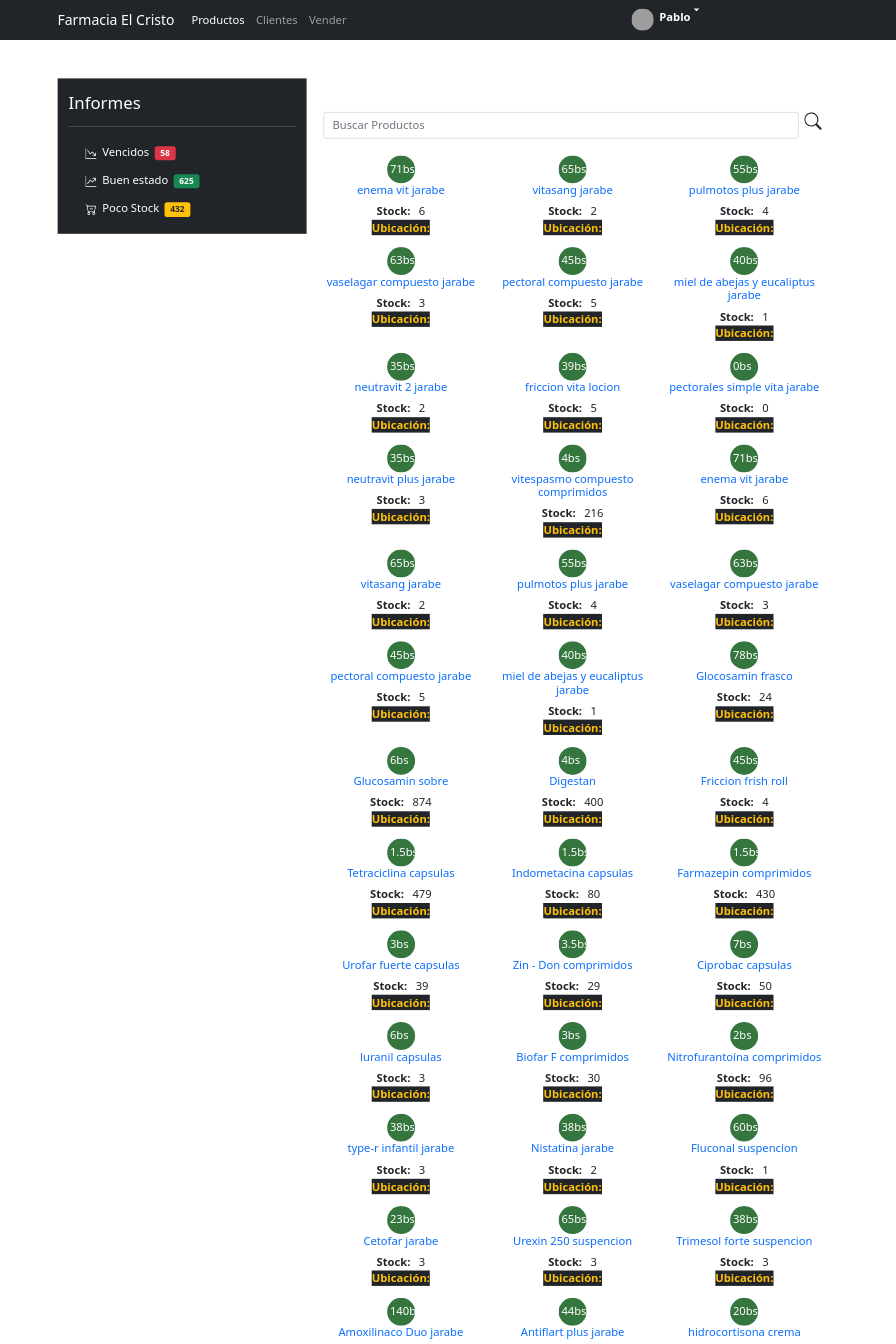
Repository: covales/farmacia
Page: /
The author's editor kept a copy of each file at every save. The page is drawn from the files as they stood at one save, then again after the next save.
The browser window is 1280 px wide. The pictures show the part of the page from y = 0 to 1920 px (the page is 36407 px tall), at 70% of full size.
Pictures or frames that could not be fetched are drawn as grey boxes. The project was rebuilt for these pictures with package versions that can differ from the ones it lists, and the page was loaded fresh each time. Also part of the build but not shown: src/components/header/Header.jsx, src/components/product/ListProductVencidos.jsx, src/components/product/ListProductGood.jsx, src/components/product/ListProductLowStock.jsx, src/components/product/ProductSale.jsx, src/clientes/ListClient.jsx, src/components/product/Product.jsx.

Above is the page before, as saved 2022-01-23 13:19:03.

### public/index.html
<!DOCTYPE html>
<html lang="es">

<head>
  <meta charset="utf-8" />
  <link rel="icon" href="%PUBLIC_URL%/favicon.ico" />
  <meta name="viewport" content="width=device-width, initial-scale=1" />
  <meta name="theme-color" content="#000000" />
  <meta name="description" content="Web site created using create-react-app" />
  <link rel="apple-touch-icon" href="%PUBLIC_URL%/logo192.png" />

  <link rel="manifest" href="%PUBLIC_URL%/manifest.json" />

  <title>Farmacia</title>
  <link href="https://cdn.jsdelivr.net/npm/bootstrap@5.1.3/dist/css/bootstrap.min.css" rel="stylesheet"
    integrity="sha384-1BmE4kWBq78iYhFldvKuhfTAU6auU8tT94WrHftjDbrCEXSU1oBoqyl2QvZ6jIW3" crossorigin="anonymous">
  <script src="https://cdn.jsdelivr.net/npm/bootstrap@5.1.3/dist/js/bootstrap.bundle.min.js"
    integrity="sha384-ka7Sk0Gln4gmtz2MlQnikT1wXgYsOg+OMhuP+IlRH9sENBO0LRn5q+8nbTov4+1p"
    crossorigin="anonymous"></script>
</head>

<body>

  <div id="root"></div>

</body>

</html>

### src/index.js
import React from 'react';
import ReactDOM from 'react-dom';
import App from './App';


ReactDOM.render(

    <App/>,

  document.getElementById('root')
);

### src/App.js
import Home from './pages/Home';
import { BrowserRouter as Router, Routes, Route } from "react-router-dom";
import ListProductVencidos from './components/product/ListProductVencidos';
import ListProductGood from './components/product/ListProductGood';
import ListProductLowStock from './components/product/ListProductLowStock';
import ProductSale from './components/product/ProductSale';
import ListClient from './clientes/ListClient';
import Product from './components/product/Product';

function App() {
  return (
    <Router>

        <Routes>
          <Route exact path="/" element={<Home />}/>
          <Route exact path="vencidos" element={<ListProductVencidos/>}/>
          <Route exact path="good" element={<ListProductGood/>}/>
          <Route exact path="lowstock" element={<ListProductLowStock/>}/>
          <Route exact path="productsale" element={<ProductSale/>}/>
          <Route exact path="productos" element={<Product/>}/>
          <Route exact path="clientes" element={<ListClient/>}/>
        </Routes>

    </Router>

  );
}

export default App;

### src/pages/Home.jsx
import React from 'react'
import styled from 'styled-components'
import AsideReport from '../components/aside/AsideReport'
import Header from '../components/header/Header'
import Navbar from '../components/navbar/Navbar'
import ListProduct from '../components/product/ListProduct'

const Home = () => {
    return (
        <>
            <Navbar></Navbar>
            <main className='container pt-5'>
                <div className="row">
                    <div className="col-md-4"><AsideReport /></div>
                    <div className="col"><ListProduct /></div>
                </div>
            </main>

        </>

    )
}

export default Home

### src/components/aside/AsideReport.jsx
import React, { useState, useEffect } from 'react'
import data from '../../data/data'
import { Link } from "react-router-dom";

const initialExpiration = () => {
    const fActual = new Date();
    const limite = data.length;
    var number = 0;
    const BusquedaVencidos = [];

    for (let index = 0; index < limite; index++) {

        const productFV = new Date(data[index].fVencimiento?.toString());

        if (productFV <= fActual) {

            BusquedaVencidos.push(data[index]);
            number = BusquedaVencidos.length;

        }

    }

    return number
}

const initialGood = () => {
    const fActual = new Date();
    const limite = data.length;
    var number = 0;
    const BusquedaBuenos = [];

    for (let index = 0; index < limite; index++) {

        const productFV = new Date(data[index].fVencimiento?.toString());

        if (productFV > fActual) {

            BusquedaBuenos.push(data[index]);
            number = BusquedaBuenos.length;

        }

    }

    return number

}

const lowStock = () => {

    var number = 0;
    const limite = data.length;
    const lowstock = [];


    for (let index = 0; index < limite; index++) {

        const productCantidad = data[index].cantidad?.toString();
        const productItem = data[index].item?.toString();
        if (productCantidad<=10){
            lowstock.push(data[index])
           // console.log(lowstock, productItem,productCantidad);
           // console.log("total" + " "+ lowstock.length )
           number=lowstock.length;
        }




    }

    return number


}


const AsideReport = () => {

    const [count, setCount] = useState(initialExpiration);
    const [countxv, setCountXV] = useState(initialGood);
    const [countstock, setCountStock] = useState(lowStock);




    return (
        <div className='sticky-top pt-5'>
            <p></p>
            <div className="d-flex flex-column flex-shrink-0 p-3 text-white bg-dark">
                <p className="d-flex align-items-center mb-3 mb-md-0 me-md-auto text-white text-decoration-none">

                    <span className="fs-4">Informes</span>
                </p>
                <hr />
                <ul className="nav nav-pills flex-column ">
                    <li className="nav-item ">
                        <Link to="/vencidos" className="nav-link text-white " aria-current="page">
                            <svg xmlns="http://www.w3.org/2000/svg" width="16" height="16" fill="currentColor" className="bi bi-graph-down-arrow mx-2" viewBox="0 0 16 16">
                                <path d="M0 0h1v15h15v1H0V0Zm10 11.5a.5.5 0 0 0 .5.5h4a.5.5 0 0 0 .5-.5v-4a.5.5 0 0 0-1 0v2.6l-3.613-4.417a.5.5 0 0 0-.74-.037L7.06 8.233 3.404 3.206a.5.5 0 0 0-.808.588l4 5.5a.5.5 0 0 0 .758.06l2.609-2.61L13.445 11H10.5a.5.5 0 0 0-.5.5Z" />
                            </svg>
                            Vencidos<span className="badge bg-danger mx-2" >{count}</span>
                        </Link>
                    </li>
                    <li>
                        <Link to="/good" className="nav-link text-white">
                            <svg xmlns="http://www.w3.org/2000/svg" width="16" height="16" fill="currentColor" className="bi bi-graph-up-arrow mx-2" viewBox="0 0 16 16">
                                <path d="M0 0h1v15h15v1H0V0Zm10 3.5a.5.5 0 0 1 .5-.5h4a.5.5 0 0 1 .5.5v4a.5.5 0 0 1-1 0V4.9l-3.613 4.417a.5.5 0 0 1-.74.037L7.06 6.767l-3.656 5.027a.5.5 0 0 1-.808-.588l4-5.5a.5.5 0 0 1 .758-.06l2.609 2.61L13.445 4H10.5a.5.5 0 0 1-.5-.5Z" />
                            </svg>
                            Buen estado<span className="badge bg-success mx-2">{countxv}</span>
                        </Link>
                    </li>
                    <li>
                        <Link to="/lowstock" className="nav-link text-white ">
                            <svg xmlns="http://www.w3.org/2000/svg" width="16" height="16" fill="currentColor" className="bi bi-cart-dash mx-2" viewBox="0 0 16 16">
                                <path d="M6.5 7a.5.5 0 0 0 0 1h4a.5.5 0 0 0 0-1h-4z" />
                                <path d="M.5 1a.5.5 0 0 0 0 1h1.11l.401 1.607 1.498 7.985A.5.5 0 0 0 4 12h1a2 2 0 1 0 0 4 2 2 0 0 0 0-4h7a2 2 0 1 0 0 4 2 2 0 0 0 0-4h1a.5.5 0 0 0 .491-.408l1.5-8A.5.5 0 0 0 14.5 3H2.89l-.405-1.621A.5.5 0 0 0 2 1H.5zm3.915 10L3.102 4h10.796l-1.313 7h-8.17zM6 14a1 1 0 1 1-2 0 1 1 0 0 1 2 0zm7 0a1 1 0 1 1-2 0 1 1 0 0 1 2 0z" />
                            </svg>
                            Poco Stock<span className="badge bg-warning text-dark mx-2">{countstock}</span>
                        </Link>
                    </li>
                </ul>
            </div>

        </div>
    )
}

export default AsideReport

### src/components/navbar/Navbar.jsx
import React from 'react'
import Search from '../search/Search'
import { Link } from "react-router-dom";
import FormAddProduct from '../product/FormAddProduct';

const Navbar = (props) => {
    return (

        <div className='container'>
            <nav className="navbar navbar-expand-md navbar-dark  fixed-top bg-dark ">
                <div className="container ">
                    <Link className="navbar-brand" to="/">Farmacia El Cristo</Link>
                    <button className="navbar-toggler" type="button" data-bs-toggle="collapse" data-bs-target="#navbarCollapse" aria-controls="navbarCollapse" aria-expanded="false" aria-label="Toggle navigation">
                        <span className="navbar-toggler-icon"></span>
                    </button>
                    <div className="collapse navbar-collapse" id="navbarCollapse">
                        <ul className="navbar-nav me-auto mb-2 mb-md-0 ">
                            <li className="nav-item ">
                                <Link className="nav-link active" aria-current="page" to="/productos">Productos</Link>
                            </li>
                            <li className="nav-item">
                                <Link className="nav-link" to="/clientes">Clientes</Link>
                            </li>
                            <li className="nav-item">
                                <Link className="nav-link " to='/productsale'>Vender</Link>
                            </li>
                        </ul>
                        <div className="dropdown mx-auto">
                            <a href="#" className="d-flex text-white text-decoration-none dropdown-toggle" id="dropdownUser1" data-bs-toggle="dropdown" aria-expanded="false">
                                <img src="https://github.com/mdo.png" alt="" width="32" height="32" className="rounded-circle me-2" />
                                <strong>Pablo</strong>
                            </a>
                            <ul className="dropdown-menu dropdown-menu-dark text-small shadow" aria-labelledby="dropdownUser1">
                                <li><a className="dropdown-item" data-bs-toggle="modal" data-bs-target="#exampleModal">Registrar Producto</a></li>
                                <li><a className="dropdown-item" href="#">Registrar Vendedor</a></li>
                                <li><a className="dropdown-item" href="#">Registrar Cliente</a></li>
                                <li><hr className="dropdown-divider" /></li>
                                <li><a className="dropdown-item" href="#">Salir</a></li>
                            </ul>
                        </div>
                    </div>
                </div>
            </nav>
            <div className="modal fade" id="exampleModal"  aria-labelledby="exampleModalLabel" aria-hidden="true">
                <div className="modal-dialog modal-lg">
                    <div className="modal-content">
                        <div className="modal-header">
                            <h5 className="modal-title" id="exampleModalLabel">Registrar productos</h5>
                            <button type="button" className="btn-close" data-bs-dismiss="modal" aria-label="Close"></button>
                        </div>
                        <div className="modal-body">
                            <FormAddProduct></FormAddProduct>
                        </div>
                    </div>
                </div>
            </div>
        </div>

    )
}

export default Navbar

### src/components/product/ListProduct.jsx
import React, { useState, useEffect } from 'react'
import data from '../../data/data'
import Search from '../search/Search'





const ListProduct = () => {

    const [productos, setProductos] = useState([]);
    const [productsearch, setProductsearch] = useState([]);

    const getProductos = async () => {

        setProductos(data);
        setProductsearch(data);

    }

    const filtrar = (terminoBusqueda) => {

        const resultadoBusqueda = [];
        const limite = productsearch.length;

        for (let index = 0; index < limite; index++) {
            const nombreProducto = productsearch[index].medicamentoPresentacion?.toLowerCase();
            //console.log(nombreProducto);
            const patt = new RegExp(terminoBusqueda);
            const res = patt.test(nombreProducto);

            if (res) {
                resultadoBusqueda.push(productsearch[index])
            }
        }


        setProductos(resultadoBusqueda);

    }

    useEffect(() => {
        getProductos();
    }, [])


    return (

        <div className='row pt-5'>
            <div className='row sticky-top pt-5' >
                <div className='col-12'>
                    <p></p>
                <Search filtro={filtrar} />
                </div>

            </div>


            <div className="row pt-4">
                {productos && productos.map((producto) => {

                    return (
                        <div className="col-4 text-center" key={producto.item}>
                            <svg className="bd-placeholder-img rounded-circle" width="40" height="40" role="img" preserveAspectRatio="xMidYMid slice" focusable="false"><rect width="100%" height="100%" fill="#35753e" /><text x="10%" y="50%" fill="#fff" dy=".3em">{producto.pVenta}bs</text></svg>
                            <h6 className='text-primary '>{producto.medicamentoPresentacion}</h6>
                            <p ><b className='me-2'>Stock:</b> {producto.cantidad}<br />
                                <span className='text-warning bg-dark'> <b> Ubicación:</b> </span>
                            </p>

                        </div>

                    );
                })}

            </div>

        </div>
    )
}

export default ListProduct

### src/components/search/Search.jsx
import React, { useState } from 'react'


const Search = (props) => {

    const [busqueda, setbusqueda] = useState("");

    const handleChange = (e) => {
        e.preventDefault();
        const cadena = e.target.value?.toLowerCase();
        setbusqueda(e.target.value);
        props.filtro(cadena);
        // console.log("busqueda: " + cadena);

    }

    return (

        <form className="d-flex">
            <input className="form-control me-2" type="search" placeholder="Buscar Productos" aria-label="Search" value={busqueda} onChange={handleChange} />
            <svg  width="26" height="26" fill="currentColor" className="bi bi-search" viewBox="0 0 16 16">
                <path d="M11.742 10.344a6.5 6.5 0 1 0-1.397 1.398h-.001c.03.04.062.078.098.115l3.85 3.85a1 1 0 0 0 1.415-1.414l-3.85-3.85a1.007 1.007 0 0 0-.115-.1zM12 6.5a5.5 5.5 0 1 1-11 0 5.5 5.5 0 0 1 11 0z" />
            </svg>
        </form>

    )
}

export default Search

### src/components/product/FormAddProduct.jsx
import React, { useState } from 'react'
import { addDoc, collection } from "firebase/firestore"
import db from "../../data/firebaseConfig"

const initialStateValues = {
    nombreProducto: '',
    presentacion: '',
    laboratorio: '',
    stock: '',
    fCompra: '',
    fVencimiento: '', //FECHA DE VENCIMIENTO
    pCompra: '',
    pVenta: '',  //PRECIO DE VENTA
    modoVenta: '',
    ubicacion: '',

}

const FormAddProduct = () => {

    const [producto, setProducto] = useState([initialStateValues]);

    const handleInputChange = e => {
        const { id, value } = e.target;
        setProducto({ ...producto, [id]: value });
        //console.log(addProducto);
    }

    const registrarProducto = async (objProducto) => {
        //console.log(objProducto);
        await addDoc(collection(db, "productos"), objProducto);
        console.log("registro exitoso");
    }

    const handleSubmit = e => {

        registrarProducto(producto);
        setProducto({ ...initialStateValues });
    }

    return (

        <div>
            <div className="mb-2 row">
                <label htmlFor="nombreProducto" className="col-sm-5 col-form-label col-form-label-sm">Nombre del producto</label>
                <div className="col-sm-5">
                    <input
                        type="text"
                        className="form-control form-control-sm"
                        id="nombreProducto"
                        onChange={handleInputChange}
                        value={producto.nombreProducto}
                    />
                </div>
            </div>
            <div className="mb-2 row">
                <label htmlFor="presentacion" className="col-sm-5 col-form-label col-form-label-sm">Presentacion</label>
                <div className="col-sm-5">
                    <input
                        type="text"
                        className="form-control form-control-sm"
                        id="presentacion"
                        onChange={handleInputChange}
                        value={producto.presentacion}
                    />
                </div>
            </div>
            <div className="mb-2 row">
                <label htmlFor="laboratorio" className="col-sm-5 col-form-label col-form-label-sm">Laboratorio</label>
                <div className="col-sm-5">
                    <input
                    type="text"
                    className="form-control form-control-sm"
                    id="laboratorio"
                    onChange={handleInputChange}
                    value={producto.laboratorio}
                    />
                </div>
            </div>
            <div className="mb-2 row">
                <label htmlFor="stock" className="col-sm-5 col-form-label col-form-label-sm">Stock</label>
                <div className="col-sm-5">
                    <input
                    type="number"
                    className="form-control form-control-sm"
                    id="stock"
                    onChange={handleInputChange}
                    value={producto.stock}
                    />
                </div>
            </div>
            <div className="mb-2 row">
                <label htmlFor="fCompra" className="col-sm-5 col-form-label col-form-label-sm">Fecha de compra</label>
                <div className="col-sm-5">
                    <input
                    type="date"
                    className="form-control form-control-sm"
                    id="fCompra"
                    onChange={handleInputChange}
                    value={producto.fCompra}
                    />
                </div>
            </div>
            <div className="mb-2 row">
                <label htmlFor="fVencimiento" className="col-sm-5 col-form-label col-form-label-sm">Fecha de vencimiento</label>
                <div className="col-sm-5">
                    <input
                    type="date"
                    className="form-control form-control-sm"
                    id="fVencimiento"
                    onChange={handleInputChange}
                    value={producto.fVencimiento}
                    />
                </div>
            </div>
            <div className="mb-2 row">
                <label htmlFor="pCompra" className="col-sm-5 col-form-label col-form-label-sm">Precio de compra</label>
                <div className="col-sm-5">
                    <input
                    type="number"
                    className="form-control form-control-sm"
                    id="pCompra"
                    onChange={handleInputChange}
                    value={producto.pCompra}
                    />
                </div>
            </div>
            <div className="mb-2 row">
                <label htmlFor="pVenta" className="col-sm-5 col-form-label col-form-label-sm">Precio de venta</label>
                <div className="col-sm-5">
                    <input
                    type="number"
                    className="form-control form-control-sm"
                    id="pVenta"
                    onChange={handleInputChange}
                    value={producto.pVenta}
                    />
                </div>
            </div>
            <div className="mb-2 row">
                <label htmlFor="modoVenta" className="col-sm-5 col-form-label col-form-label-sm">Modo de venta</label>
                <div className="col-sm-5">
                    <input
                    type="text"
                    className="form-control form-control-sm"
                    id="modoVenta"
                    onChange={handleInputChange}
                    value={producto.modoVenta}
                    />
                </div>
            </div>

            <div className="mb-2 row">
                <label htmlFor="ubicacion" className="col-sm-5 col-form-label col-form-label-sm">Ubicación</label>
                <div className="col-sm-5">
                    <input
                    type="text"
                    className="form-control form-control-sm"
                    id="ubicacion"
                    onChange={handleInputChange}
                    value={producto.ubicacion}
                    />
                </div>
            </div>
            <div className="modal-footer">
                <button type="button" className="btn btn-danger" data-bs-dismiss="modal">Cerrar</button>
                <button type="button" className="btn btn-success" onClick={handleSubmit}>Guardar</button>
            </div>
        </div>


    )
}

export default FormAddProduct

### src/data/firebaseConfig.js
import { initializeApp } from "firebase/app";
import{getFirestore} from "firebase/firestore";

const firebaseConfig = {
  apiKey: "AIzaSyA7HZ3krdNQi9LFzOJQ3K1FJDfejUxA9VE",
  authDomain: "farmaciaelcristo-3b008.firebaseapp.com",
  projectId: "farmaciaelcristo-3b008",
  storageBucket: "farmaciaelcristo-3b008.appspot.com",
  messagingSenderId: "828510295468",
  appId: "1:828510295468:web:bc866a5a4cdb1b1b821609"
};


const app = initializeApp(firebaseConfig);
const db = getFirestore(app);

export default db;

Loaded but not shown: src/data/data.js (library)

After the next save:
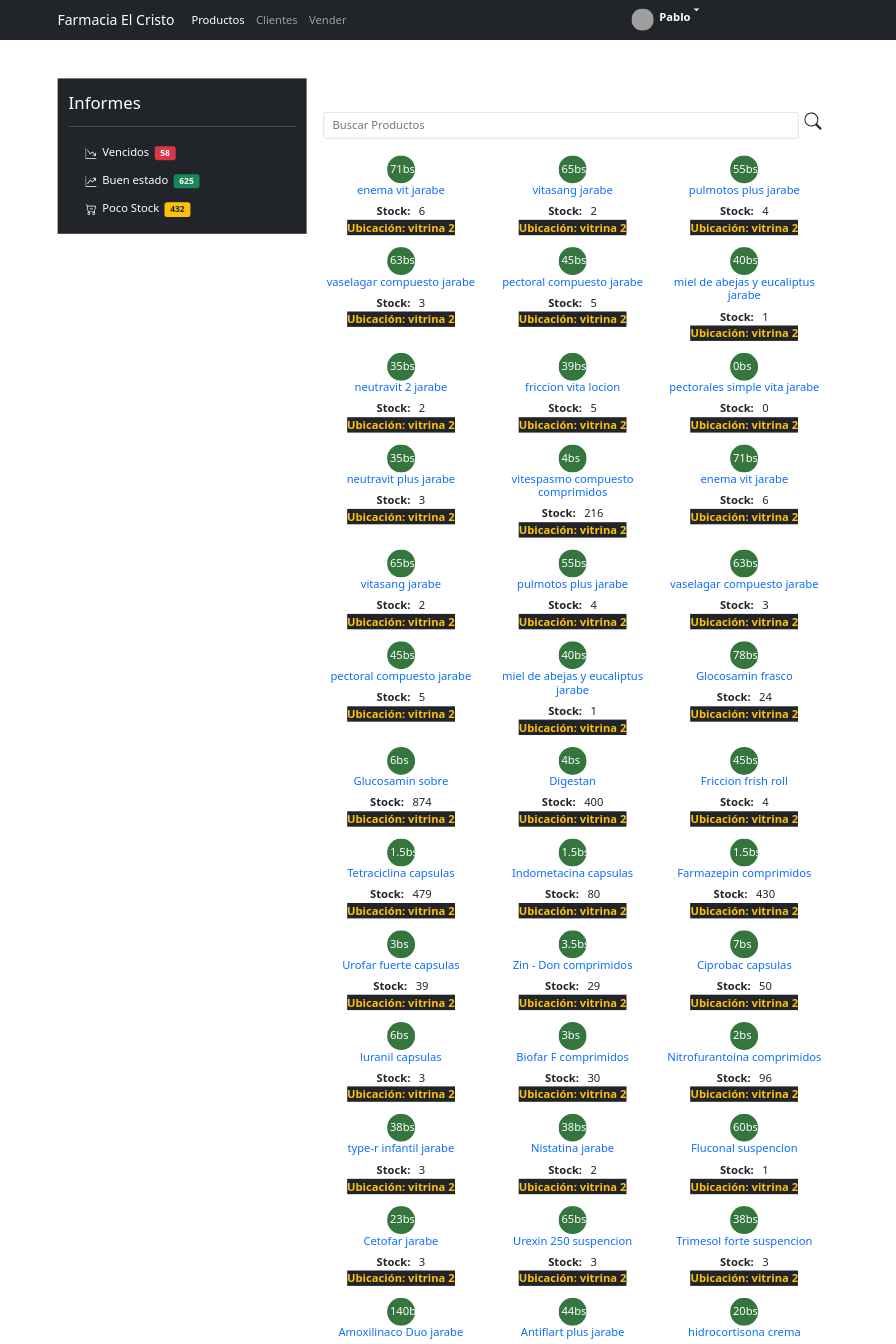
Saved 4 s later.
--- a/src/components/product/ListProduct.jsx
+++ b/src/components/product/ListProduct.jsx
@@ -64,7 +64,7 @@ const ListProduct = () => {
                             <svg className="bd-placeholder-img rounded-circle" width="40" height="40" role="img" preserveAspectRatio="xMidYMid slice" focusable="false"><rect width="100%" height="100%" fill="#35753e" /><text x="10%" y="50%" fill="#fff" dy=".3em">{producto.pVenta}bs</text></svg>
                             <h6 className='text-primary '>{producto.medicamentoPresentacion}</h6>
                             <p ><b className='me-2'>Stock:</b> {producto.cantidad}<br />
-                                <span className='text-warning bg-dark'> <b> Ubicación:</b> </span>
+                                <span className='text-warning bg-dark'> <b> Ubicación: {producto.ubicacion}</b> </span>
                             </p>
 
                         </div>
